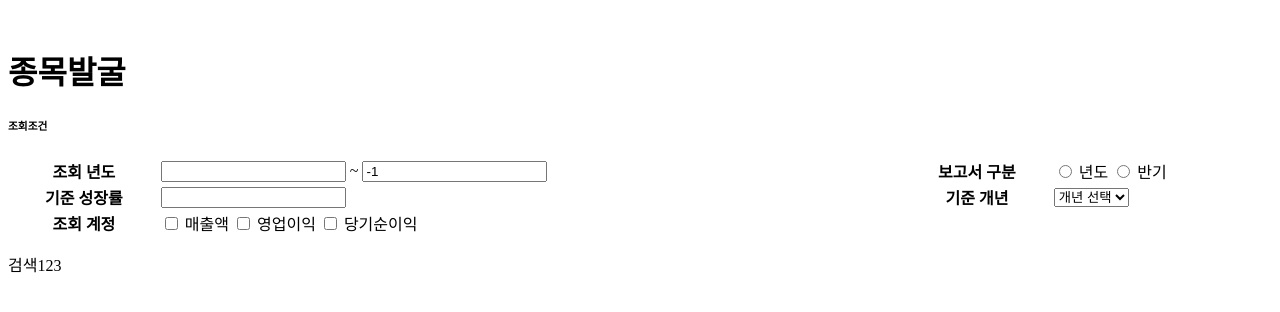
Repository: bangProgram/PJT_Finance
Page: http://localhost/Finance/WEB-INF/views/report/reportList.jsp
These files come from the project's save history. The page is drawn as it stood at one moment and after the next save; the edit follows.
The browser window is 1280 px wide. The pictures show the whole page.
The page is served by Tomcat 9. Nobody is signed in. Other server files are loaded and not shown. The template is opened directly, without the code that normally fills it, so the values that code supplies are empty.

Above is the page before, as saved 2022-10-25 02:13:15.

### Finance/src/main/webapp/WEB-INF/views/report/reportList.jsp
<%@ page pageEncoding="UTF-8" contentType="text/html;charset=utf-8"%>
<%@ taglib prefix="fmt" uri="http://java.sun.com/jsp/jstl/fmt"%>
<%@ taglib uri="http://java.sun.com/jsp/jstl/core" prefix="c"%>
<script src="https://code.jquery.com/jquery-3.4.1.min.js"></script>﻿
<script type="text/javascript">
	$(document).ready(function(){
		$(".pSearchYear").change(function(){
			var pStartYear = $("#pStartYear").val();
			var pEndYear = $("#pEndYear").val();
			var chkYear = pEndYear;
			var pYearList = [];

			$('#chkYearList').children('option').remove();
			$('#pYearList').val('');
			var html = '<option value = "">개년 선택</option>'
			var chkYearList = ''
			for(var i=1; pStartYear <= chkYear; i++){
				pYearList.push(chkYear);
				if(i==1){
					chkYearList += chkYear
					html += '<option value="'+chkYearList+'">'+ (chkYear--) +' </option>'
				}else{
					chkYearList += ','+chkYear
					html += '<option value="'+chkYearList+'">'+ pEndYear+' ~ '+(chkYear--) +' </option>'
				}

			}
			$('#pYearList').val(pYearList);
			$('#chkYearList').append(html);

		});
	});

	function goSearch(){
		var frm = document.searchForm;
		frm.action = "/report/select";

		var pAccountIds = [];
		$("input[name=pAccountId]:checked").each(function(){
			pAccountIds.push($(this).val());
		});
		$("#pAccountIds").val(pAccountIds);

		frm.submit();
	}
</script>

<html>
<head>
<title>사업장 목록</title>
</head>
<body>
<div class="container-fluid">
	<form name="searchForm" method="post">
	<!-- Page Heading -->
	<h1 class="h3 mb-2 text-gray-800">종목발굴</h1>
	<p class="mb-4"></p>

	<!-- DataTales Example -->
    <div class="card shadow mb-4">
        <div class="card-header py-3">
            <h6 class="m-0 font-weight-bold text-primary">조회조건</h6>
        </div>
        <div class="card-body">
            <div class="table-responsive">
                <table class="table table-bordered"  width="100%" cellspacing="0">
                    <tbody>
                        <tr>
                            <th>조회 년도</th>
							<td>
								<input type="hidden" name="pYearList" id="pYearList" value="" title="조회 년도 목록">
								<input type="text" name="pStartYear" id="pStartYear" class="pSearchYear" value="" title="조회 시작년도"> ~ <input type="text" name="pEndYear" id="pEndYear" class="pSearchYear" value="${curYear-1}" title="조회 시작년도">
							</td>
							<th>보고서 구분</th>
							<td><input type="radio" name="pReportCd" id="pReportCd" value="11011" title="보고서 구분"> 년도 <input type="radio" name="pReportCd" id="pReportCd" value="11012" title="보고서 구분"> 반기 </td>
                        </tr>
                        <tr>
                            <th>기준 성장률</th>
							<td><input type="text" name="chkAccRate" id="chkAccRate" value="" title="기준 성장률">  </td>
							<th>기준 개년</th>
							<td>
								<select name="chkYearList" id="chkYearList" title="기준 년도 선택">
									<option value = "">개년 선택</option>
								</select>
							</td>
                        </tr>
                        <tr>
                            <th>조회 계정</th>
							<td rowspan="3">
								<input type="hidden" name="pAccountIds" id="pAccountIds" value="" title="계정 목록">
								<input type="checkbox" name="pAccountId" id="pAccountId" value="ifrs-full_Revenue" title="매출액"> 매출액
								<input type="checkbox" name="pAccountId" id="pAccountId" value="dart_OperatingIncomeLoss" title="영업이익"> 영업이익
								<input type="checkbox" name="pAccountId" id="pAccountId" value="ifrs-full_ProfitLoss" title="당기순이익"> 당기순이익
							</td>
                        </tr>
                    </tbody>
                </table>
            </div>
        </div>
    </div>
    </form>
</div>
	<%--
	<h1>사업장 목록</h1>
	<table>
		<thead>
			<tr>
				<td>사업장명</td>
				<td>매출액</td>
				<td>매출증가율</td>
				<td>영업이익</td>
				<td>영업이익증가율</td>
				<td>순이익</td>
				<td>순이익증가율</td>
			</tr>
		</thead>
		<tbody>
		<tr>
			<c:forEach var="row" items="${data}">
					<td>${row.corp_name}</td>
					<td>${row.category}</td>
					<td>${row.category}</td>
					<td>${row.category}</td>
					<td>${row.category}</td>
					<td>${row.category}</td>
					<td>${row.category}</td>
			</c:forEach>
		</tr>
		</tbody>

	</table>
	 --%>
	<p>
		<a onclick="goSearch(); return false;">검색123</a>
	</p>
</body>
</html>

After the next save:
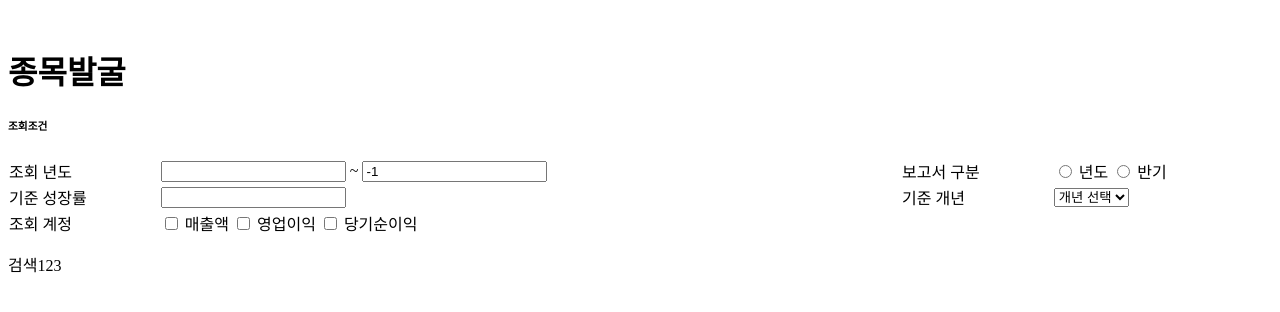
Saved 91 s later.
--- a/Finance/src/main/webapp/WEB-INF/views/report/reportList.jsp
+++ b/Finance/src/main/webapp/WEB-INF/views/report/reportList.jsp
@@ -66,18 +66,18 @@
                 <table class="table table-bordered"  width="100%" cellspacing="0">
                     <tbody>
                         <tr>
-                            <th>조회 년도</th>
+                            <td>조회 년도</td>
 							<td>
 								<input type="hidden" name="pYearList" id="pYearList" value="" title="조회 년도 목록">
 								<input type="text" name="pStartYear" id="pStartYear" class="pSearchYear" value="" title="조회 시작년도"> ~ <input type="text" name="pEndYear" id="pEndYear" class="pSearchYear" value="${curYear-1}" title="조회 시작년도">
 							</td>
-							<th>보고서 구분</th>
+							<td>보고서 구분</td>
 							<td><input type="radio" name="pReportCd" id="pReportCd" value="11011" title="보고서 구분"> 년도 <input type="radio" name="pReportCd" id="pReportCd" value="11012" title="보고서 구분"> 반기 </td>
                         </tr>
                         <tr>
-                            <th>기준 성장률</th>
+                            <td>기준 성장률</td>
 							<td><input type="text" name="chkAccRate" id="chkAccRate" value="" title="기준 성장률">  </td>
-							<th>기준 개년</th>
+							<td>기준 개년</td>
 							<td>
 								<select name="chkYearList" id="chkYearList" title="기준 년도 선택">
 									<option value = "">개년 선택</option>
@@ -85,7 +85,7 @@
 							</td>
                         </tr>
                         <tr>
-                            <th>조회 계정</th>
+                            <td>조회 계정</td>
 							<td rowspan="3">
 								<input type="hidden" name="pAccountIds" id="pAccountIds" value="" title="계정 목록">
 								<input type="checkbox" name="pAccountId" id="pAccountId" value="ifrs-full_Revenue" title="매출액"> 매출액
